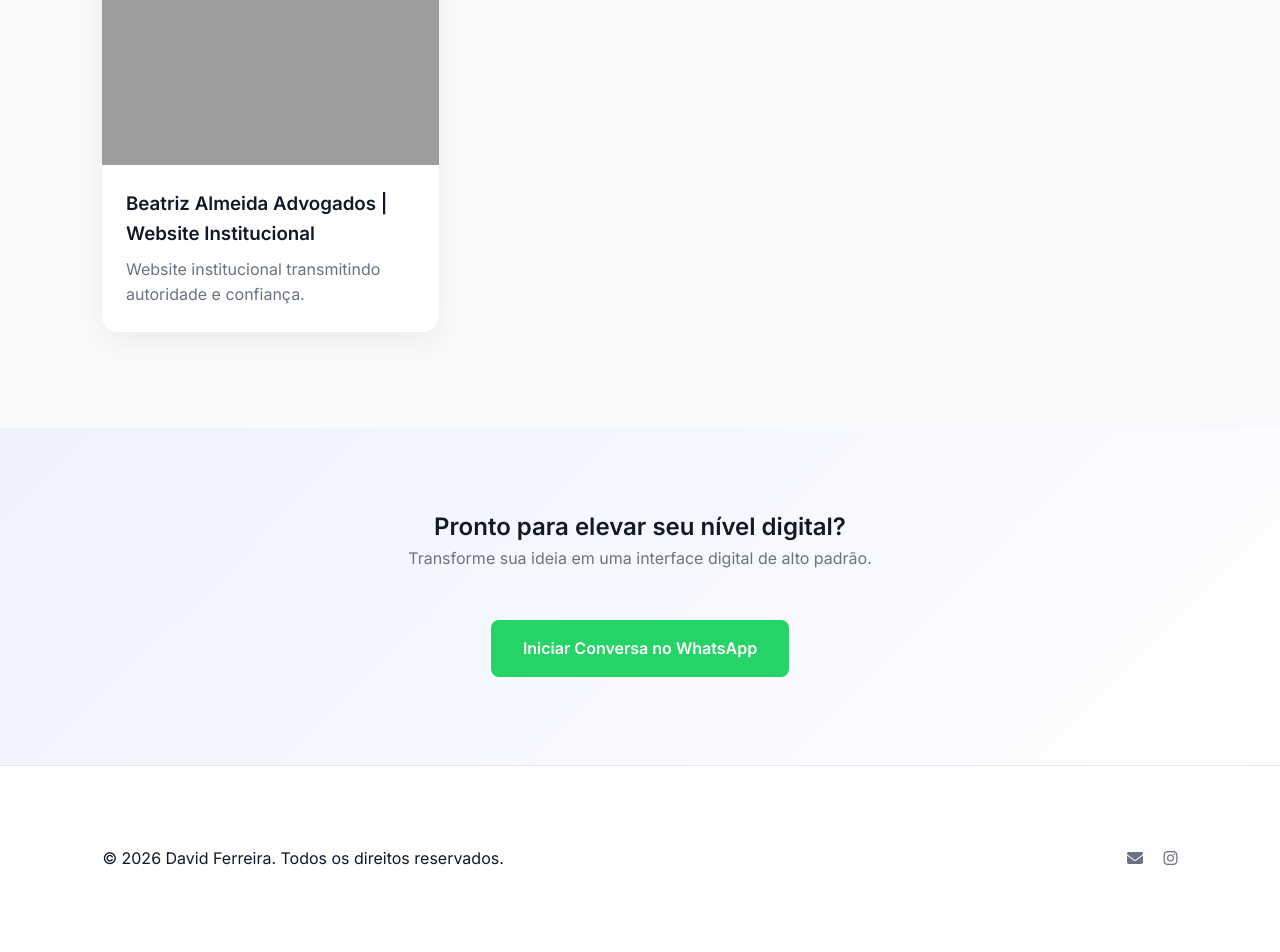
Repository: davidfsillva/David_Ferreira
Page: index.html
These files come from the project's save history. The page is drawn as it stood at one moment and after the next save; the edit follows.
The browser window is 1280 px wide. The pictures show the part of the page from y = 1921 to 2873 px (the page is 2873 px tall).
Pictures or frames that could not be fetched are drawn as grey boxes.

Above is the page before, as saved 2026-02-11 12:41:10.
Console error: TypeError: Cannot read properties of null (reading 'addEventListener')

### index.html
<!DOCTYPE html>
<html lang="pt-BR">
<head>
    <meta charset="UTF-8">
    <meta name="viewport" content="width=device-width, initial-scale=1.0">

    <title>David Ferreira | Desenvolvedor Front-end & UI Designer Premium</title>

    <!-- SEO Primário -->
    <meta name="description" content="David Ferreira é desenvolvedor front-end especializado em interfaces premium, landing pages de alta conversão e experiências digitais modernas.">
    <meta name="keywords" content="Desenvolvedor Front-end, Web Designer, UI Designer, Landing Page, Desenvolvimento Web, Freelancer Brasil">
    <meta name="author" content="David Ferreira">
    <meta name="robots" content="index, follow">
    <link rel="canonical" href="https://seudominio.com/">

    <!-- Open Graph (Facebook, LinkedIn) -->
    <meta property="og:title" content="David Ferreira | Desenvolvedor Front-end Premium">
    <meta property="og:description" content="Interfaces digitais de alto padrão, focadas em performance e conversão.">
    <meta property="og:image" content="https://seudominio.com/preview.jpg">
    <meta property="og:url" content="https://seudominio.com/">
    <meta property="og:type" content="website">

    <!-- Twitter Card -->
    <meta name="twitter:card" content="summary_large_image">
    <meta name="twitter:title" content="David Ferreira | Web Developer">
    <meta name="twitter:description" content="Desenvolvimento web premium focado em performance e design moderno.">
    <meta name="twitter:image" content="https://seudominio.com/preview.jpg">

    <!-- Favicon -->
    <link rel="icon" href="favicon.ico" type="image/x-icon">

    <!-- Fonts -->
    <link href="https://fonts.googleapis.com/css2?family=Inter:wght@300;400;600&family=Plus+Jakarta+Sans:wght@700;800&display=swap" rel="stylesheet">

    <!-- Font Awesome -->
    <link rel="stylesheet" href="https://cdnjs.cloudflare.com/ajax/libs/font-awesome/6.5.0/css/all.min.css" integrity="sha512-..." crossorigin="anonymous" referrerpolicy="no-referrer" />


    <link rel="stylesheet" href="style.css">
</head>


<body>

    <!-- NAVBAR -->
    <nav class="navbar">
        <div class="logo"><a href="#">David | Web Developer<span>.</span></a></div>

        <ul class="nav-links">
            <li><a href="#about">Sobre</a></li>
            <li><a href="#portfolio">Projetos</a></li>
            <li><a href="#contact" class="btn-sm">Contato</a></li>
        </ul>
    </nav>

    <!-- HERO -->
    <section class="hero">
        <div class="hero-content">
            <h1>Transformando código em <span>experiências digitais de elite</span></h1>
            <p>Desenvolvedor Front-end especializado em interfaces de alto padrão e landing pages focadas em resultados.</p>
            <div class="hero-btns">
                <a href="#portfolio" class="btn-primary">Ver Projetos</a>
                <a href="#contact" class="btn-secondary">Vamos Conversar</a>
            </div>
        </div>
        <div class="hero-visual">
            <div class="hero-glow"></div>
        </div>
    </section>

    <!-- SOBRE -->
    <section id="about" class="section">
        <h2>Sobre Mim</h2>
        <p>Sou David Ferreira, desenvolvedor Front-end focado em criar websites modernos, funcionais e com interfaces premium. Trabalho com HTML, CSS, JavaScript e React, priorizando performance, design e experiência do usuário.</p>
        <p>Meu objetivo é ajudar empresas e profissionais a se destacarem no digital através de websites que transmitam confiança e gerem resultados reais.</p>
    </section>

    <!-- PORTFÓLIO -->
    <section id="portfolio" class="portfolio">
        <div class="section-header">
            <h2>Projetos Selecionados</h2>
            <p>Uma vitrine de soluções focadas em performance e design.</p>
        </div>
        <div class="portfolio-grid">
            <!-- Projeto 1 -->
            <a href="https://davidfsillva.github.io/Alex-Carter/" target="_blank" class="project-link">
                <div class="project-card">
                    <div class="card-image">
                        <img src="img/alex.png" alt="Projeto Alex Carter">
                        <div class="card-overlay"><span>Ver Detalhes</span></div>
                    </div>
                    <div class="card-info">
                        <h3>Alex Carter | Landing Page</h3>
                        <p>Website de personal branding para atleta profissional.</p>
                    </div>
                </div>
            </a>

            <!-- Projeto 2 -->
            <a href="https://davidfsillva.github.io/e-hammershark/" target="_blank" class="project-link">
                <div class="project-card">
                    <div class="card-image">
                        <img src="img/ecomerce.png" alt="Projeto Hammershark">
                        <div class="card-overlay"><span>Ver Detalhes</span></div>
                    </div>
                    <div class="card-info">
                        <h3>Hammershark | E-commerce</h3>
                        <p>E-commerce de moda fitness, focado em branding e experiência de compra.</p>
                    </div>
                </div>
            </a>

            <!-- Projeto 3 -->
            <a href="https://davidfsillva.github.io/landing-page/" target="_blank" class="project-link">
                <div class="project-card">
                    <div class="card-image">
                        <img src="img/landingpage.png" alt="Projeto Landing Page">
                        <div class="card-overlay"><span>Ver Detalhes</span></div>
                    </div>
                    <div class="card-info">
                        <h3>Lucas Andrade | Landing Page</h3>
                        <p>Landing page estratégica para geração de leads e conversão.</p>
                    </div>
                </div>
            </a>

            <!-- Projeto 4 -->
            <a href="https://davidfsillva.github.io/beatriz-almeida-adv/" target="_blank" class="project-link">
                <div class="project-card">
                    <div class="card-image">
                        <img src="img/adv.png" alt="Projeto Beatriz Almeida Advogados">
                        <div class="card-overlay"><span>Ver Detalhes</span></div>
                    </div>
                    <div class="card-info">
                        <h3>Beatriz Almeida Advogados | Website Institucional</h3>
                        <p>Website institucional transmitindo autoridade e confiança.</p>
                    </div>
                </div>
            </a>
        </div>
    </section>

    <!-- CTA / CONTATO -->
    <section id="contact" class="cta-section">
        <h2>Pronto para elevar seu nível digital?</h2>
        <p>Transforme sua ideia em uma interface digital de alto padrão.</p>
        <a href="https://wa.me/5511990242453" target="_blank" class="btn-whatsapp">Iniciar Conversa no WhatsApp</a>
    </section>

    <!-- FOOTER -->
    <footer>
        <div class="footer-content">
            <p>&copy; 2026 David Ferreira. Todos os direitos reservados.</p>
            <div class="social-links">
                <a href="mailto:davidfsillva@icloud.com" target="_blank" rel="noopener noreferrer"><i class="fa-solid fa-envelope"></i></a>

                <a href="https://www.instagram.com/david_websites?igsh=MWdmZWJ3MW80N3JsNQ==" target="_blank" rel="noopener noreferrer"><i class="fa-brands fa-instagram"></i></a>
            </div>
        </div>
    </footer>

    <script src="scripts.js"></script>
</body>
</html>
</html>

### style.css
:root {
  --primary: #6366f1;
  --primary-light: #818cf8;
  --accent: #a855f7;
  --text-dark: #111827;
  --text-light: #6b7280;
  --bg-light: #f9fafb;
  --white: #ffffff;
  --transition: all 0.3s ease;
}

/* RESET */
* {
  margin: 0;
  padding: 0;
  box-sizing: border-box;
}

html {
  scroll-behavior: smooth;   /* já tinha */
  scroll-padding-top: 70px; /* ajuste esse valor para altura da navbar */
}


body {
  font-family: 'Inter', sans-serif;
  background: var(--bg-light);
  color: var(--text-dark);
  line-height: 1.6;
  animation: fadePage 0.8s ease-in-out;
}

@keyframes fadePage {
  from { opacity: 0; transform: translateY(10px); }
  to { opacity: 1; transform: translateY(0); }
}

/* NAVBAR */
.navbar {
  position: fixed;
  width: 100%;
  top: 0;
  padding: 1.5rem 8%;
  display: flex;
  justify-content: space-between;
  align-items: center;
  background: rgba(255,255,255,0.85);
  backdrop-filter: blur(12px);
  box-shadow: 0 4px 20px rgba(0,0,0,0.05);
  z-index: 1000;
  transition: var(--transition);
}

.logo {
  font-family: 'Plus Jakarta Sans', sans-serif;
  font-weight: 800;
  font-size: 1.5rem;
}

.logo a {
  text-decoration: none;   /* remove o sublinhado */
  color: var(--text-dark); /* cor principal da logo */
  font-weight: 800;
  font-size: 1.5rem;
}

.logo a span {
  color: var(--primary);   /* deixa apenas o ponto colorido */
}


.logo span {
  color: var(--primary);
}

.nav-links {
  display: flex;
  list-style: none;
  gap: 2rem;
}

.nav-links a {
  text-decoration: none;
  color: var(--text-light);
  font-weight: 500;
  transition: var(--transition);
}

.nav-links a:hover {
  color: var(--primary);
  transform: translateY(-2px);
}

/* HERO */
.hero {
  min-height: 100vh;
  padding: 120px 8% 60px;
  display: flex;
  align-items: center;
  justify-content: space-between;
  background: linear-gradient(135deg, #eef2ff, #ffffff);
  flex-wrap: wrap;
}

.hero-content {
  max-width: 600px;
  animation: heroFade 1s ease 0.2s both;
}

@keyframes heroFade {
  from { opacity: 0; transform: translateY(40px); }
  to { opacity: 1; transform: translateY(0); }
}

.badge {
  display: inline-block;
  padding: 0.5rem 1rem;
  background: rgba(99,102,241,0.1);
  color: var(--primary);
  border-radius: 20px;
  font-size: 0.8rem;
  font-weight: 600;
  margin-bottom: 1.5rem;
}

.hero h1 {
  font-family: 'Plus Jakarta Sans', sans-serif;
  font-size: clamp(2rem, 5vw, 3.5rem);
  line-height: 1.2;
  margin-bottom: 1.5rem;
}

.hero h1 span {
  background: linear-gradient(90deg, var(--primary), var(--accent));
  -webkit-background-clip: text;
  -webkit-text-fill-color: transparent;
}

.hero p {
  font-size: 1.1rem;
  color: var(--text-light);
  margin-bottom: 2rem;
}

/* BUTTONS */
.btn-primary,
.btn-secondary,
.btn-whatsapp {
  display: inline-block;
  padding: 0.9rem 2rem;
  border-radius: 8px;
  text-decoration: none;
  font-weight: 600;
  transition: all 0.3s ease;
  position: relative;
  overflow: hidden;
}

.btn-primary {
  background: linear-gradient(90deg, var(--primary), var(--accent));
  color: white;
  box-shadow: 0 10px 25px rgba(99,102,241,0.3);
}

.btn-primary:hover {
  transform: translateY(-4px) scale(1.03);
}

.btn-primary:active {
  transform: scale(0.96);
}

.btn-primary::after {
  content: "";
  position: absolute;
  width: 200%;
  height: 200%;
  background: radial-gradient(circle, rgba(255,255,255,0.4), transparent 60%);
  top: -50%;
  left: -50%;
  opacity: 0;
  transition: opacity 0.4s ease;
}

.btn-primary:hover::after {
  opacity: 1;
}

.btn-secondary {
  border: 1px solid #e5e7eb;
  color: var(--text-dark);
  margin-left: 1rem;
}

.btn-secondary:hover {
  background: #f3f4f6;
  transform: translateY(-4px);
}

.btn-secondary:active {
  transform: scale(0.96);
}

.btn-whatsapp {
  background: #25d366;
  color: white;
}

.btn-whatsapp:hover {
  transform: translateY(-4px) scale(1.03);
}

.btn-whatsapp:active {
  transform: scale(0.96);
}

.hero-btns {
  display: flex;
  flex-wrap: wrap;
}

#about {
  text-align: center;
  max-width: 1200px; /* ocupa mais largura sem ficar exagerado */
  margin: 0 auto;
  padding: 6rem 8%;
  background: linear-gradient(135deg, #eef2ff 0%, #ffffff 100%); /* combina com hero */
  border-radius: 20px; /* bordas suaves */
  box-shadow: 0 15px 40px rgba(99,102,241,0.15); /* sombra leve e elegante */
  position: relative;
  overflow: hidden;
}

#about::before {
  content: "";
  position: absolute;
  width: 200px;
  height: 200px;
  background: radial-gradient(circle, rgba(163,155,253,0.2), transparent 70%);
  top: -50px;
  right: -50px;
  border-radius: 50%;
  z-index: 0;
  animation: pulseGlow 6s infinite ease-in-out;
}

#about h2 {
  font-family: 'Plus Jakarta Sans', sans-serif;
  font-size: clamp(2rem, 4vw, 2.5rem);
  margin-bottom: 2rem;
  position: relative;
  z-index: 1;
  background: linear-gradient(90deg, var(--primary), var(--accent));
  -webkit-background-clip: text;
  -webkit-text-fill-color: transparent;
}

#about p {
  font-size: 1.05rem;
  line-height: 1.9;
  color: var(--text-dark);
  margin-bottom: 1.8rem;
  position: relative;
  z-index: 1;
  opacity: 0;
  transform: translateY(20px);
  animation: fadeUp 1s forwards;
  animation-delay: 0.3s;
}

/* Animação suave */
@keyframes fadeUp {
  to {
    opacity: 1;
    transform: translateY(0);
  }
}



/* HERO VISUAL */
.hero-visual {
  flex: 1;
  min-height: 400px;
  display: flex;
  justify-content: center;
  align-items: center;
}

.hero-glow {
  width: 350px;
  height: 350px;
  background: radial-gradient(circle, rgba(99,102,241,0.4), transparent 70%);
  border-radius: 50%;
  filter: blur(60px);
  animation: pulseGlow 4s infinite ease-in-out;
}

@keyframes pulseGlow {
  0% { transform: scale(1); opacity: 0.7; }
  50% { transform: scale(1.1); opacity: 1; }
  100% { transform: scale(1); opacity: 0.7; }
}

/* PORTFOLIO */
.portfolio {
  padding: 6rem 8%;
}

.section-header {
  text-align: center;
  margin-bottom: 4rem;
}

.section-header h2 {
  font-family: 'Plus Jakarta Sans', sans-serif;
  font-size: 2.2rem;
  margin-bottom: 1rem;
  color: var(--primary)
}

.section-header p {
  color: var(--text-light);
}

.portfolio-grid {
  display: grid;
  grid-template-columns: repeat(auto-fit, minmax(280px, 1fr));
  gap: 2rem;
}

.project-card {
  background: var(--white);
  border-radius: 16px;
  overflow: hidden;
  box-shadow: 0 10px 30px rgba(0,0,0,0.06);
  cursor: pointer;
  transition: transform 0.4s ease, box-shadow 0.4s ease;
  will-change: transform;
}

.project-card:hover {
  transform: translateY(-12px) scale(1.03);
  box-shadow: 0 25px 50px rgba(99,102,241,0.2);
}

.card-image {
  position: relative;
  overflow: hidden;
}

.card-image img {
  width: 100%;
  height: 220px;
  object-fit: cover;
  display: block;
  transition: transform 0.6s ease;
}

.project-card:hover .card-image img {
  transform: scale(1.08);
}

.card-overlay {
  position: absolute;
  inset: 0;
  background: rgba(99,102,241,0.8);
  display: flex;
  justify-content: center;
  align-items: center;
  color: white;
  font-weight: 600;
  opacity: 0;
  transition: opacity 0.4s ease;
}

.project-card:hover .card-overlay {
  opacity: 1;
}

.card-info {
  padding: 1.5rem;
}

.card-info h3 {
  margin-bottom: 0.5rem;
}

.card-info p {
  color: var(--text-light);
}

.project-link {
  text-decoration: none;
  color: inherit;
  display: block;
}


/* CTA */
.cta-section {
  padding: 5rem 8%;
  text-align: center;
  background: linear-gradient(135deg, #eef2ff, #ffffff);
}

/* FOOTER */
footer {
  padding: 5rem 8%;
  background: var(--white);
  border-top: 1px solid #e5e7eb;
  text-align: center; /* centraliza texto */

}

.footer-content {
  display: flex;
  justify-content: space-between;
  flex-wrap: wrap;
  gap: 1rem;
}

.social-links a {
  text-decoration: none;
  margin-left: 1rem;
  color: var(--text-light);
  transition: var(--transition);
}

.social-links a:hover {
  color: var(--primary);
  transform: translateY(-2px);
}

.cta-section p {
  color: var(--text-light);
  margin-bottom: 2.5rem; /* aumenta espaço abaixo do texto */
}

.btn-whatsapp {
  display: inline-block;
  background: #25d366;
  color: white;
  padding: 1rem 2rem;
  border-radius: 8px;
  text-decoration: none;
  font-weight: 600;
  transition: var(--transition);
  margin-top: 0.5rem; /* pequeno respiro extra */
}


/* MODAL */
.modal-overlay {
  position: fixed;
  inset: 0;
  background: rgba(0,0,0,0.6);
  display: none;
  justify-content: center;
  align-items: center;
  padding: 2rem;
  z-index: 2000;
}

.modal-content {
  background: white;
  width: 100%;
  max-width: 900px;
  border-radius: 20px;
  overflow: hidden;
  animation: modalZoom 0.4s cubic-bezier(.23,1,.32,1);
  position: relative;
}

@keyframes modalZoom {
  from { opacity: 0; transform: scale(0.85) translateY(20px); }
  to { opacity: 1; transform: scale(1) translateY(0); }
}

.modal-body {
  display: grid;
  grid-template-columns: 1fr 1fr;
}

.modal-img {
  min-height: 300px;
  background-size: cover !important;
}

.modal-text {
  padding: 2rem;
}

.close-modal {
  position: absolute;
  top: 20px;
  right: 25px;
  background: none;
  border: none;
  font-size: 2rem;
  cursor: pointer;
  transition: transform 0.3s ease;
}

.close-modal:hover {
  transform: rotate(90deg);
}

/* RESPONSIVO */
@media (max-width: 900px) {
  .hero {
    flex-direction: column;
    text-align: center;
  }

  .hero-visual {
    margin-top: 3rem;
  }

  .modal-body {
    grid-template-columns: 1fr;
  }
}

@media (max-width: 600px) {
  .navbar {
    padding: 1rem 5%;
  }

  .nav-links {
    display: none;
  }

  .hero {
    padding: 100px 5% 60px;
  }

  .portfolio {
    padding: 4rem 5%;
  }

  .cta-section {
    padding: 4rem 5%;
  }

  footer {
    padding: 2rem 5%;
  }

  .footer-content {
    flex-direction: column;
    text-align: center;
  }

  .social-links a {
    margin: 0 0.5rem;
  }
}

### scripts.js
// =============================
// NAVBAR SCROLL EFFECT
// =============================
const navbar = document.querySelector(".navbar");

window.addEventListener("scroll", () => {
  if (window.scrollY > 50) {
    navbar.style.padding = "1rem 8%";
    navbar.style.boxShadow = "0 8px 25px rgba(0,0,0,0.08)";
  } else {
    navbar.style.padding = "1.5rem 8%";
    navbar.style.boxShadow = "0 4px 20px rgba(0,0,0,0.05)";
  }
});

// =============================
// MODAL FUNCTIONALITY
// =============================
const modal = document.querySelector(".modal-overlay");
const modalImg = document.querySelector(".modal-img");
const modalTitle = document.querySelector(".modal-text h3");
const modalDesc = document.querySelector(".modal-text p");
const closeModal = document.querySelector(".close-modal");

const projectCards = document.querySelectorAll(".project-card");

projectCards.forEach(card => {
  card.addEventListener("click", () => {
    const title = card.querySelector("h3").innerText;
    const desc = card.querySelector("p").innerText;
    const img = card.querySelector("img").src;

    modalTitle.innerText = title;
    modalDesc.innerText = desc;
    modalImg.style.backgroundImage = `url(${img})`;

    modal.style.display = "flex";
    document.body.style.overflow = "hidden";
  });
});

// Fechar modal
closeModal.addEventListener("click", () => {
  modal.style.display = "none";
  document.body.style.overflow = "auto";
});

// Fechar clicando fora
modal.addEventListener("click", (e) => {
  if (e.target === modal) {
    modal.style.display = "none";
    document.body.style.overflow = "auto";
  }
});

// Fechar com ESC
document.addEventListener("keydown", (e) => {
  if (e.key === "Escape") {
    modal.style.display = "none";
    document.body.style.overflow = "auto";
  }
});

// =============================
// SCROLL REVEAL ANIMATION
// =============================
const revealElements = document.querySelectorAll(
  ".hero-content, .project-card, .section-header, .cta-section"
);

const observer = new IntersectionObserver(
  (entries) => {
    entries.forEach(entry => {
      if (entry.isIntersecting) {
        entry.target.style.opacity = "1";
        entry.target.style.transform = "translateY(0)";
      }
    });
  },
  { threshold: 0.2 }
);

revealElements.forEach(el => {
  el.style.opacity = "0";
  el.style.transform = "translateY(40px)";
  el.style.transition = "all 0.8s ease";
  observer.observe(el);
});

// =============================
// BUTTON MICRO INTERACTION
// =============================
const buttons = document.querySelectorAll(".btn-primary, .btn-secondary, .btn-whatsapp");

buttons.forEach(btn => {
  btn.addEventListener("mouseenter", () => {
    btn.style.transform = "scale(1.05)";
  });

  btn.addEventListener("mouseleave", () => {
    btn.style.transform = "scale(1)";
  });
});

After the next save:
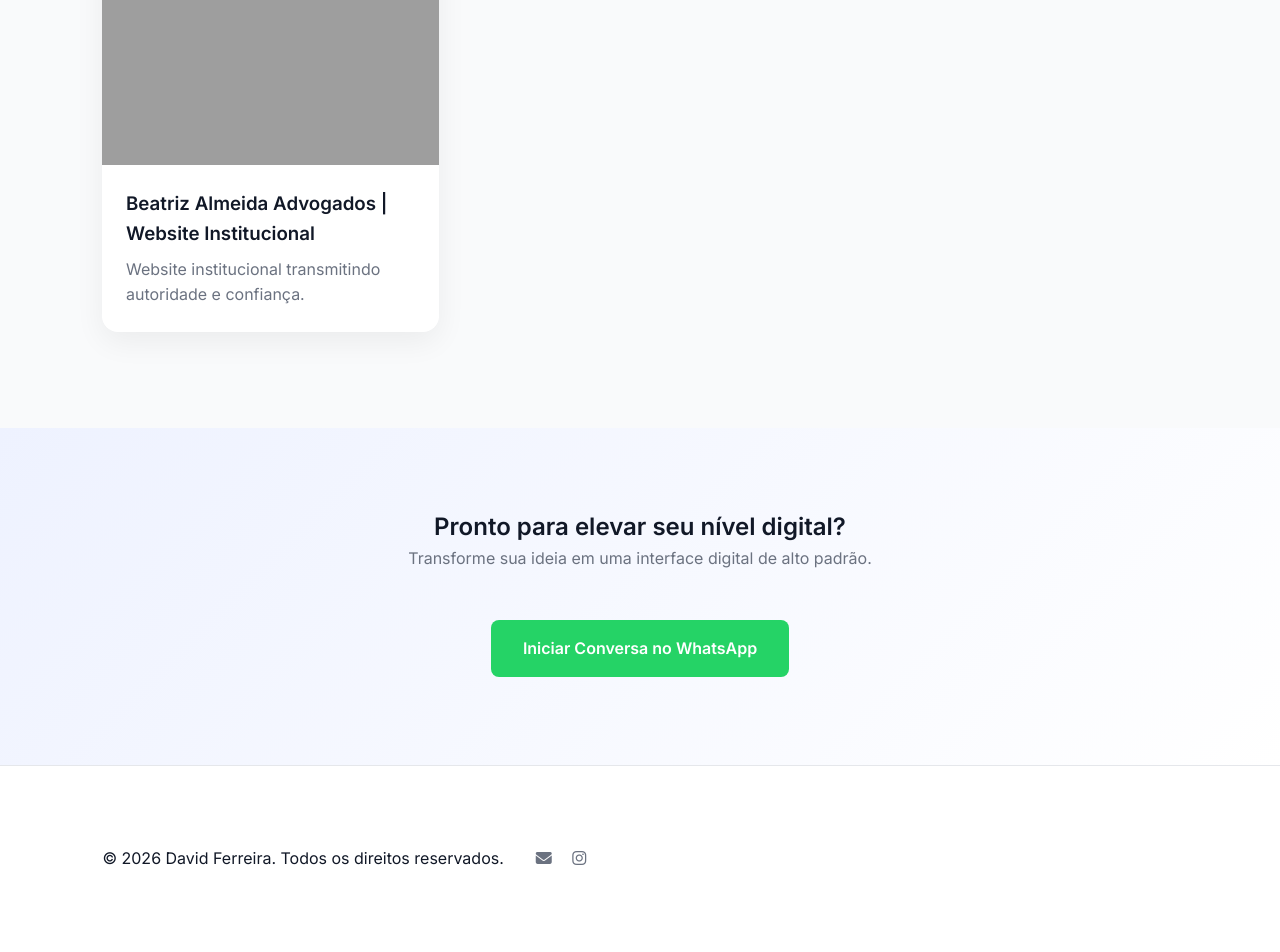
Saved 15 s later.
--- a/style.css
+++ b/style.css
@@ -415,7 +415,7 @@ footer {
 
 .footer-content {
   display: flex;
-  justify-content: space-between;
+  justify-content: spa;
   flex-wrap: wrap;
   gap: 1rem;
 }
